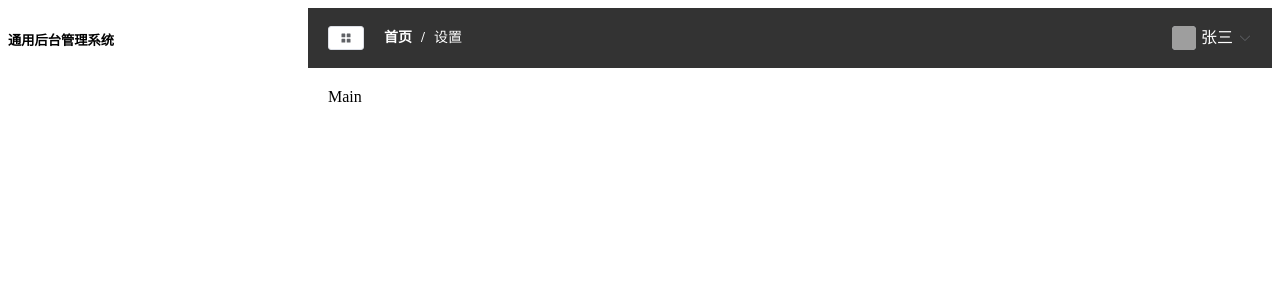
Repository: dishuibaby/vue-app
Page: /
The author's editor kept a copy of each file at every save. The page is drawn from the files as they stood at one save, then again after the next save.
The browser window is 1280 px wide. The pictures show the whole page.
Pictures or frames that could not be fetched are drawn as grey boxes. The project was rebuilt for these pictures with package versions that can differ from the ones it lists, and the page was loaded fresh each time. Also part of the build but not shown: vite.config.js.

Above is the page before, as saved 2024-08-11 20:40:40.

### src/main.js
import { createApp } from 'vue'
import App from './App.vue'
import router from './router'
import * as ElementPlusIconsVue from '@element-plus/icons-vue'

const app = createApp(App);
for (const [key, component] of Object.entries(ElementPlusIconsVue)) {
    app.component(key, component)
}

app.use(router);
app.mount('#app');

### src/components/CommonAside.vue
<template>
  <el-aside wtdth="180px">
      <h5 class="mb-2">通用后台管理系统</h5>
      <el-menu
        active-text-color="#ffd04b"
        background-color="#545c64"
        class="el-menu-vertical-demo"
        default-active="2"
        text-color="#fff"
        @open="handleOpen"
        @close="handleClose"
      >
        <el-sub-menu
            v-for="item in menus"
            :index="item.path"
            :key="item.path"
        >
        <!-- 判断是否存在 children 元素 -->
        <template v-if="item.children">
            <el-menu-item-group>
            <el-menu-item
                v-for="child in item.children"
                :index="child.path"
                :key="child.path"
            >
                <component class="icons" :is="child.icon" />
                <span>{{child.label}}</span>
            </el-menu-item>
            </el-menu-item-group>
        </template>

        <!-- 如果没有 children，则渲染普通菜单项 -->
        <template v-else>
            <el-menu-item :index="item.path">
            <component class="icons" :is="item.icon" />
            <span>{{item.label}}</span>
            </el-menu-item>
        </template>
        </el-sub-menu>
      </el-menu>
  </el-aside>
</template>
<script>
import { ref, computed } from "vue";
//菜单数据
const menus = [
  {
    path: "/dashboard",
    label: "仪表盘",
    icon: "el-icon-s-home",
    children: [
      {
        path: "/dashboard/overview",
        name: "overview",
        label: "概览",
        icon: "el-icon-s-data",
        url: "/dashboard/overview",
      },
      {
        path: "/dashboard/stats",
        name: "stats",
        label: "统计",
        icon: "el-icon-s-marketing",
        url: "/dashboard/stats",
      },
    ],
  },
  {
    path: "/settings",
    label: "设置",
    icon: "el-icon-s-tools",
    children: [
      {
        path: "/settings/profile",
        name: "profile",
        label: "个人设置",
        icon: "el-icon-user-solid",
        url: "/settings/profile",
      },
      {
        path: "/settings/security",
        name: "security",
        label: "安全设置",
        icon: "el-icon-lock",
        url: "/settings/security",
      },
    ],
  },
  {
    path: "/help",
    name: "help",
    label: "帮助",
    icon: "el-icon-question",
    url: "/help",
  },
];

const hasChidren = computed(() => menus.value.filters((item) => item.children));
const noChidren = computed(() => menus.value.filters((item) => !item.children));
</script>

<style type="less" scoped></style>

### src/components/CommonHeader.vue
<template>
  <div class="header">
    <div class="header-left">
      <el-button size="small">
        <el-icon ><Menu /></el-icon>
      </el-button>
      <el-breadcrumb separator="/" class="breadcrumb">
        <el-breadcrumb-item :to="{ path: '/' }">首页</el-breadcrumb-item>
        <el-breadcrumb-item>设置</el-breadcrumb-item>
      </el-breadcrumb>
    </div>
    <div class="header-right">
      <el-dropdown>
        <span class="el-dropdown-link">
          <el-avatar shape="square" size="small" src="https://cube.elemecdn.com/3/7c/3ea6beec64369c2642b92c6726f1epng.png" />
          <el-text class="mx-1" size="large">张三</el-text>
          <el-icon class="el-icon--right">
            <arrow-down />
          </el-icon>
        </span>
        <template #dropdown>
          <el-dropdown-menu>
            <el-dropdown-item>个人中心</el-dropdown-item>
            <el-dropdown-item>退出登陆</el-dropdown-item>
          </el-dropdown-menu>
        </template>
      </el-dropdown>
    </div>
  </div>
</template>
<script >

</script>
<style lang="less" scoped>
.header{
  display: flex;
  justify-content: space-between;
  align-items: center;
  width: 100%;
  height: 100%;
  background-color: #333;
}

.header-left{
  display: flex;
  align-items: center;
  .el-button {
    margin-right: 20px;
  }
}
.breadcrumb{
  font-size: 14px;
}

.el-dropdown-link{
  display: flex;
  justify-content: space-between;
  align-items: center;
  .el-avatar{
    margin-right: 5px;
  }
  .el-text{
    color: #fff;
  }
}

:deep(.breadcrumb span) {
  color: #fff !important;
  cursor: pointer;
}
</style>

### src/router/index.js
import {createRouter, createWebHashHistory} from "vue-router";

//指定路由规则
const routes = [
    {
        path: '/',
        name: 'main',
        component: () => import('@/views/Main.vue')
    },
];

const router = createRouter({
    history: createWebHashHistory(),
    routes
});

export default router;

### src/views/Main.vue
<script setup>
import CommonAside from '@/components/CommonAside.vue'


</script>

<template>
  <div class="common-layout">
    <el-container class="lay-container">
        <common-aside />
        <el-container>
            <el-header class="el-header">
                <common-header />
            </el-header>
            <el-main>
                Main
            </el-main>
        </el-container>
    </el-container>
  </div>
</template>

<style scoped lang="less">
    .common-layout,lay-container{
        width: 100%;
        height: 100%;
        overflow: hidden;
    }
    .el-header{
        background-color: #333;

    }

</style>

Loaded but not shown: index.html (common file); src/App.vue (common file)

After the next save:
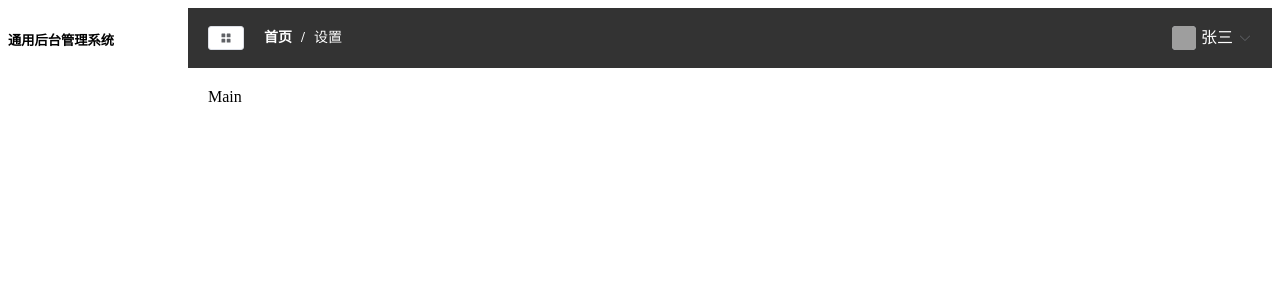
Saved 13 s later.
--- a/src/components/CommonAside.vue
+++ b/src/components/CommonAside.vue
@@ -1,5 +1,5 @@
 <template>
-  <el-aside wtdth="180px">
+  <el-aside width="180px">
       <h5 class="mb-2">通用后台管理系统</h5>
       <el-menu
         active-text-color="#ffd04b"
